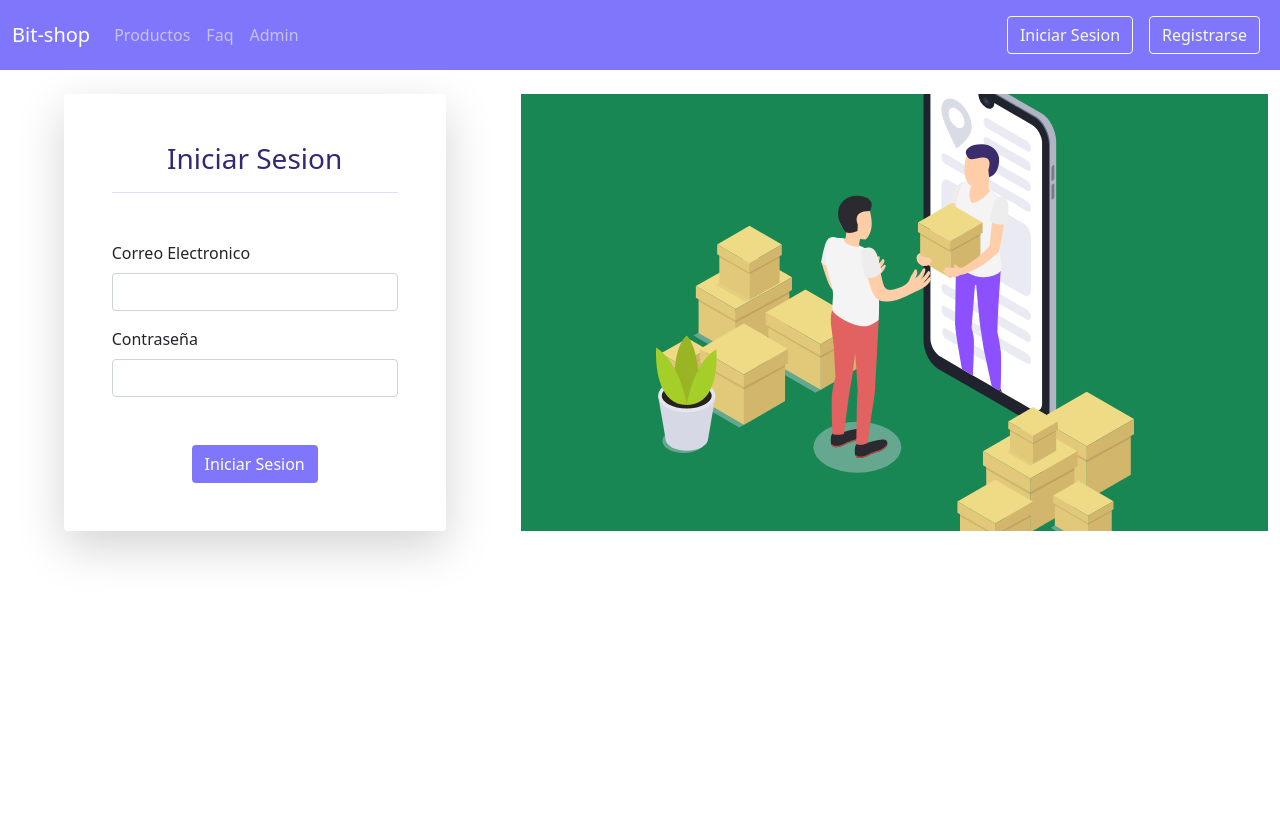
Repository: TzStrikerYT/myClassRoom
Page: /login (app in bit-shop-as/)
These files come from the project's save history. The page is drawn as it stood at one moment and after the next save; the edit follows.
The browser window is 1280 px wide. The pictures show the whole page.
The project was rebuilt for these pictures with package versions that can differ from the ones it lists, and the page was loaded fresh each time. Also part of the build but not shown: bit-shop-as/angular.json, bit-shop-as/src/app/components/home/home.component.ts, bit-shop-as/src/app/components/page404/page404.component.ts, bit-shop-as/src/app/components/register/register.component.ts.

Above is the page before, as saved 2022-02-25 20:42:52.

### bit-shop-as/src/index.html
<!doctype html>
<html lang="en">
<head>
  <meta charset="utf-8">
  <title>BitShopAs</title>
  <base href="/">
  <meta name="viewport" content="width=device-width, initial-scale=1">
  <link rel="icon" type="image/x-icon" href="favicon.ico">
</head>
<body>
  <app-root></app-root>
</body>
</html>

### bit-shop-as/src/styles.css
/* You can add global styles to this file, and also import other style files */
.bg-purple-pastel {
    background: #8076fb !important;
}

.bg-purple-dark {
    background: #2f2977 !important;
}

.text-purple-dark {
    color: #2f2977 !important;
}

.text-purple-pastel {
    color: #8076fb !important;
}

### bit-shop-as/src/app/app.module.ts
import { NgModule } from '@angular/core';
import { BrowserModule } from '@angular/platform-browser';

import { AppRoutingModule } from './app-routing.module';
import { AppComponent } from './app.component';
import { LoginComponent } from './components/login/login.component';
import { RegisterComponent } from './components/register/register.component';
import { NavbarComponent } from './components/navbar/navbar.component';
import { HomeComponent } from './components/home/home.component';
import { Page404Component } from './components/page404/page404.component';

@NgModule({
  declarations: [
    AppComponent,
    LoginComponent,
    RegisterComponent,
    NavbarComponent,
    HomeComponent,
    Page404Component
  ],
  imports: [
    BrowserModule,
    AppRoutingModule
  ],
  providers: [],
  bootstrap: [AppComponent]
})
export class AppModule { }

### bit-shop-as/src/app/app-routing.module.ts
import { NgModule } from '@angular/core';
import { RouterModule, Routes } from '@angular/router';
import { HomeComponent } from './components/home/home.component';
import { LoginComponent } from './components/login/login.component';
import { Page404Component } from './components/page404/page404.component';
import { RegisterComponent } from './components/register/register.component';

const routes: Routes = [
  { path: 'login', component: LoginComponent },
  { path: 'register', component: RegisterComponent },
  { path: 'home', component: HomeComponent },

  { path: '', redirectTo: '/home', pathMatch: 'full'},
  { path: '**', component: Page404Component}
];

@NgModule({
  imports: [RouterModule.forRoot(routes)],
  exports: [RouterModule],
})
export class AppRoutingModule {}

### bit-shop-as/src/app/app.component.ts
import { Component } from '@angular/core';

@Component({
  selector: 'app-root',
  templateUrl: './app.component.html',
  styleUrls: ['./app.component.css']
})
export class AppComponent {
  title = 'bit-shop-as';
}

### bit-shop-as/src/app/components/login/login.component.html
<section class="mt-4 vh-100">

    <div class="row w-100">
        <div class="col-lg-5 d-flex align-items-center justify-content-center">

            <div class="p-5 shadow-lg rounded w-75">

                <h3 class="text-purple-dark mb-3 text-center">Iniciar Sesion</h3>
                <hr class="mb-5 text-purple-pastel">

                <form>
                    <div class="mb-3">
                      <label for="exampleInputEmail1" class="form-label">Correo Electronico</label>
                      <input type="email" class="form-control" id="exampleInputEmail1" aria-describedby="emailHelp">
                    </div>
                    <div class="mb-3">
                      <label for="exampleInputPassword1" class="form-label">Contraseña</label>
                      <input type="password" class="form-control" id="exampleInputPassword1">
                    </div>
                    <div class="text-center mt-5">
                        <button type="submit" class="btn bg-purple-pastel text-white text-center">Iniciar Sesion</button>
                    </div>
                  </form>

            </div>

        </div>

        <div class="col-lg-7 bg-success bg-image">

        </div>

    </div>

</section>

### bit-shop-as/src/app/components/login/login.component.css
.bg-image {
    background: url('../../../assets/img/fondo.svg');
    background-repeat: no-repeat;
    background-size: 64%;
    background-position: center;
}

### bit-shop-as/src/app/components/navbar/navbar.component.html
<nav class="navbar navbar-expand-lg navbar-dark bg-purple-pastel">
  <div class="container-fluid">
    <a class="navbar-brand" href="/home">Bit-shop</a>
    <button
      class="navbar-toggler"
      type="button"
      data-bs-toggle="collapse"
      data-bs-target="#navbarNavAltMarkup"
      aria-controls="navbarNavAltMarkup"
      aria-expanded="false"
      aria-label="Toggle navigation"
    >
      <span class="navbar-toggler-icon"></span>
    </button>
    <div class="collapse navbar-collapse" id="navbarNavAltMarkup">
      <div class="navbar-nav">
        <a class="nav-link" aria-current="page" href="#">Productos</a>
        <a class="nav-link" href="#">Faq</a>
        <a class="nav-link" href="#">Admin</a>
      </div>

      <div class="navbar-nav ms-auto">
        <a class="btn btn-outline-light m-2" href="#">Iniciar Sesion</a>
        <a class="btn btn-outline-light m-2" href="#">Registrarse</a>
      </div>
    </div>
  </div>
</nav>

Loaded but not shown: bit-shop-as/src/main.ts (common file); bit-shop-as/src/environments/environment.ts (common file); bit-shop-as/src/app/components/login/login.component.ts (common file); bit-shop-as/src/app/components/navbar/navbar.component.ts (common file); bit-shop-as/src/app/app.component.html (common file); bit-shop-as/src/app/app.component.css (no stored copy; drawn as an empty file); bit-shop-as/src/app/components/navbar/navbar.component.css (no stored copy; drawn as an empty file)

After the next save:
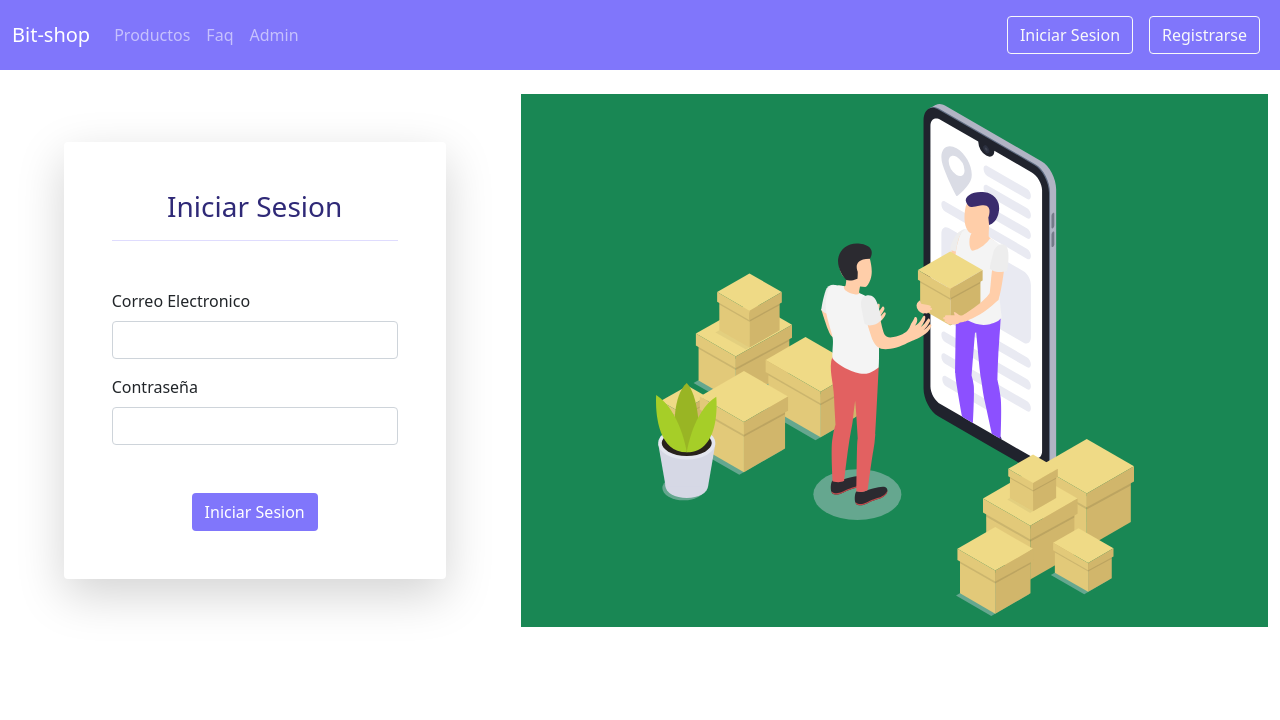
Saved 30 s later.
--- a/bit-shop-as/src/app/components/login/login.component.html
+++ b/bit-shop-as/src/app/components/login/login.component.html
@@ -1,7 +1,7 @@
-<section class="mt-4 vh-100">
+<section class="mt-4">
 
     <div class="row w-100">
-        <div class="col-lg-5 d-flex align-items-center justify-content-center">
+        <div class="col-lg-5 py-5 d-flex align-items-center justify-content-center">
 
             <div class="p-5 shadow-lg rounded w-75">
 
